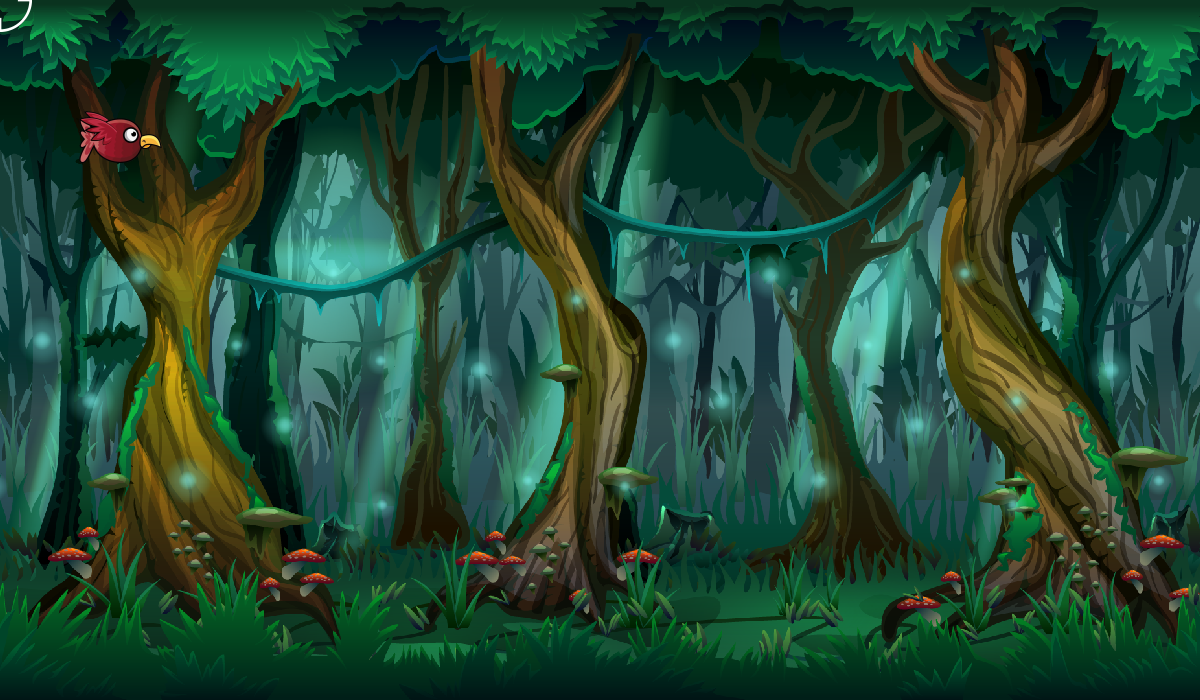
Repository: mys-pro/demo_shooting_bird_vision
Script's output: python main.py
The author's editor kept a copy of each file at every save. The script's output is drawn from the files as they stood at one save, then again after the next save.
The window is shown after at most 60 frames with no key pressed. Random numbers start from a fixed seed. It also reads assets/images/backgrounds/Cartoon_Forest_BG_01.png, assets/images/backgrounds/Cartoon_Forest_BG_02.png, assets/images/backgrounds/Cartoon_Forest_BG_03.png, assets/images/backgrounds/Cartoon_Forest_BG_04.png, assets/images/birds/bird1/b-1.png, assets/images/birds/bird1/b-2.png, assets/images/birds/bird1/b-3.png, assets/images/birds/bird1/b-4.png, assets/images/icon.png, assets/images/viewfinder.png.

Above is the script's output before, as saved 2024-06-16 16:23:54.

### main.py
import pygame
import os
import random
import sys

# Khởi tạo pygame
pygame.init()
pygame.display.set_caption("Shooting Bird")
icon = pygame.image.load('assets/images/icon.png')
pygame.display.set_icon(icon)

SCREEN_WIDTH, SCREEN_HEIGHT = 1200, 700
FPS = 60
SCREEN = pygame.display.set_mode((SCREEN_WIDTH, SCREEN_HEIGHT))

# Xử lý ống ngắm
class viewFinder:
    def __init__ (self):
        pygame.event.set_grab(True)
        pygame.mouse.set_visible(False)
        self.image = pygame.image.load('assets/images/viewfinder.png').convert_alpha()
        self.image_copy = self.image.copy()
        self.image_smaller = pygame.transform.scale(self.image_copy, (self.image_copy.get_width() // 2, self.image_copy.get_height() // 2))
        self.rect = self.image_smaller.get_rect()
        self.rect.center = (SCREEN_WIDTH // 2, SCREEN_HEIGHT // 2)

    def follow_mouse(self):
        self.rect.center = pygame.mouse.get_pos()

    def draw(self, screen):
        screen.blit(self.image, self.image.get_rect(center=self.rect.center).topleft)

# Khởi tạo con chim
class bird:
    def __init__(self, x, y):
        self.images = []
        folder_path = 'assets/images/birds/bird1'
        for file_name in os.listdir(folder_path):
            full_path = os.path.join(folder_path, file_name)
            if os.path.isfile(full_path):
                self.images.append(pygame.image.load(full_path).convert_alpha())
        self.index = 0
        self.image = self.images[self.index]
        self.rect = self.image.get_rect()
        self.rect.x = x
        self.rect.y = y
        self.velocity = 5  # Tốc độ mặc định
        self.delay_count = 0

    def update(self):
        self.delay_count += 1

        # Kiểm tra nếu đã đủ thời gian chờ để cập nhật
        if self.delay_count >= 2:
            # Reset delay_count
            self.delay_count = 0

            # Cập nhật chỉ số hình ảnh để tạo hiệu ứng hoạt hình
            self.index = (self.index + 1) % len(self.images)
            self.image = self.images[self.index]

            # Di chuyển đối tượng sang phải
            self.rect.x += self.velocity

            # Kiểm tra nếu đối tượng đi ra khỏi màn hình, đặt lại vị trí
            if self.rect.left > SCREEN_WIDTH:
                self.rect.right = 0

    def draw(self, screen):
        screen.blit(self.image, self.rect)

# Lấy background ngẫu nhiên
def get_background(folder_path, SCREEN_WIDTH, SCREEN_HEIGHT):
    backgrounds = []
    for file_name in os.listdir(folder_path):
        full_path = os.path.join(folder_path, file_name)
        if os.path.isfile(full_path):
             backgrounds.append(pygame.image.load(full_path).convert())

    bg = random.choice(backgrounds)
    bg_width, bg_height = bg.get_size()
    scale_factor = max(SCREEN_WIDTH / bg_width, SCREEN_HEIGHT / bg_height)

    new_width = int(bg_width * scale_factor)
    new_height = int(bg_height * scale_factor)
    bg = pygame.transform.scale(bg, (new_width, new_height))

    bg_x = (SCREEN_WIDTH - new_width) // 2
    bg_y = (SCREEN_HEIGHT - new_height) // 2
    return bg, bg_x, bg_y

explosion_group = pygame.sprite.Group()

# Vẽ hình ảnh
def draw(SCREEN, background, view_finder, bird):
    bg, bg_x, bg_y = background
    SCREEN.blit(bg, (bg_x, bg_y))

    bird.update()
    # Vẽ đối tượng lên màn hình
    bird.draw(SCREEN)

    view_finder.follow_mouse()
    view_finder.draw(SCREEN)
    pygame.display.update()

def main(SCREEN):
    background = get_background('assets/images/backgrounds/', SCREEN_WIDTH, SCREEN_HEIGHT) # Gọi hàm get_background
    view_finder = viewFinder()
    b = bird(0, 100)
    running = True
    while running:
        for event in pygame.event.get():
            if event.type == pygame.QUIT or (event.type == pygame.KEYDOWN and event.key == pygame.K_ESCAPE):
                running = False

        draw(SCREEN, background, view_finder, b)

        pygame.display.update()
        pygame.time.Clock().tick(FPS)
    pygame.quit()

if __name__ == "__main__":
    main(SCREEN)

After the next save:
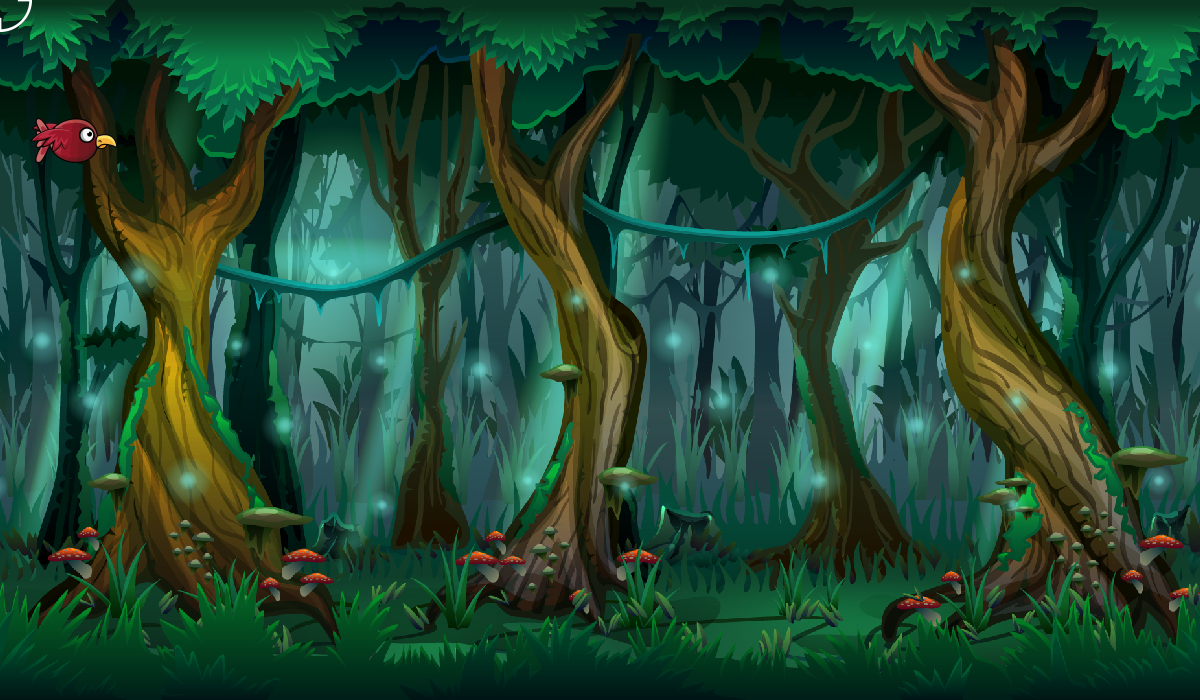
Saved 17 s later.
--- a/main.py
+++ b/main.py
@@ -51,7 +51,7 @@ class bird:
         self.delay_count += 1
 
         # Kiểm tra nếu đã đủ thời gian chờ để cập nhật
-        if self.delay_count >= 2:
+        if self.delay_count >= 5:
             # Reset delay_count
             self.delay_count = 0
 
